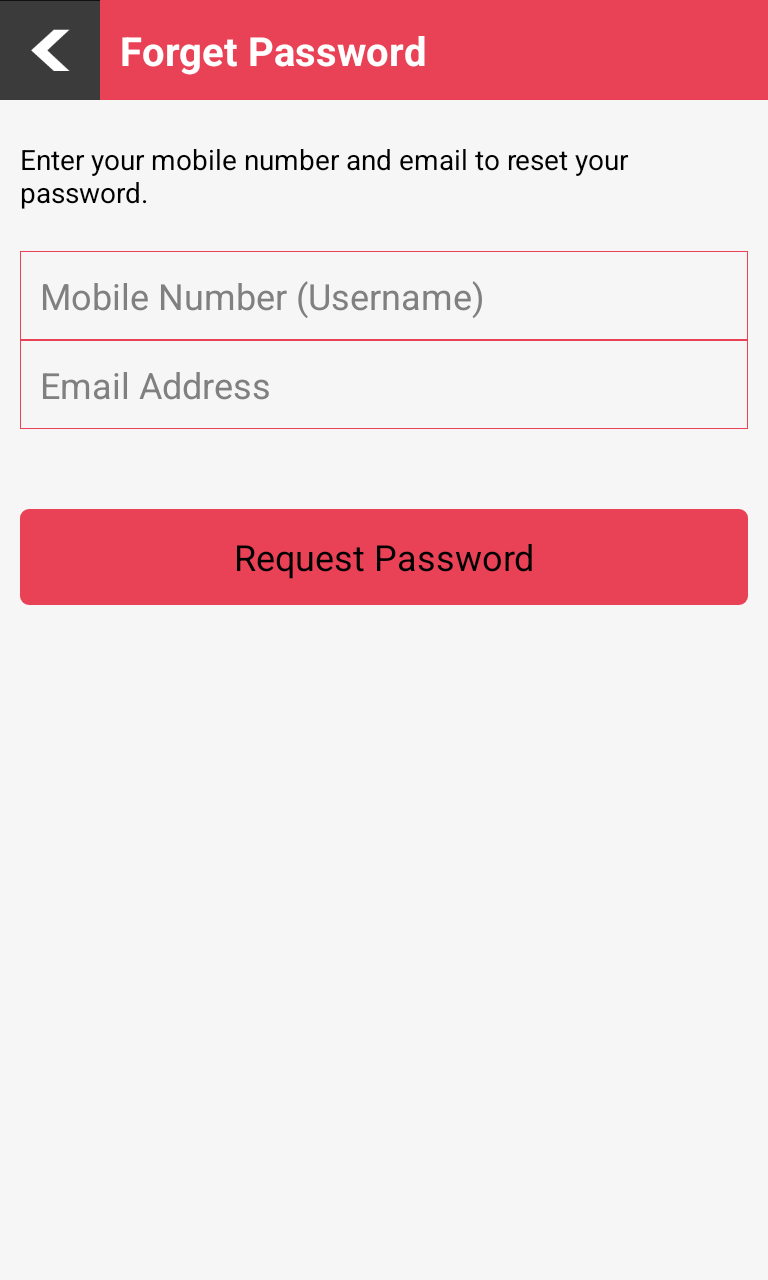
Repository: e0176881/volunteerapplication
Layout: VolunteerNow/res/layout/forgetpassword.xml
An editor plug-in stored every save of this project. The layout is shown before and after the next save, followed by the edit.
It is drawn on a 768 x 1280 px phone screen (xhdpi) without system bars, with theme AppTheme; the app's code is not run.

Above is the layout before, as saved 2014-09-24 06:43:54.

### VolunteerNow/res/layout/forgetpassword.xml
<?xml version="1.0" encoding="utf-8"?>
<RelativeLayout
xmlns:android="http://schemas.android.com/apk/res/android"
  android:layout_width="match_parent"
  android:layout_height="match_parent"
  android:fillViewport="true"
    android:background="#f5f6f5">

   <RelativeLayout
    android:id="@+id/top"
    android:layout_width="match_parent"
    android:layout_height="wrap_content"
    android:background="@drawable/homebar"

     >

    <ImageButton
                   android:id="@+id/imageButton1"
                   android:layout_width="50dp"
                   android:layout_height="50dp"
                   android:scaleType="fitXY"
                   android:src="@drawable/leftbutton"
                   android:background="#00FFFFFF" />
    <TextView
        android:layout_alignParentLeft="true"
        android:layout_width="wrap_content"
        android:layout_height="wrap_content"
        android:layout_centerInParent="true"
        android:layout_marginLeft="60dip"
        android:gravity="center"
        android:textColor="#FFFFFF"
        android:text="Forget Password"
        android:textStyle="bold"
        android:textSize="20dip"
        android:id="@+id/pagename"
        />



  </RelativeLayout>



<ScrollView
    android:layout_below="@+id/top"
  android:id="@+id/bottom"
  android:layout_width="fill_parent"
  android:layout_height="fill_parent"
  android:fillViewport="true">
  <RelativeLayout
        android:layout_width="fill_parent"
        android:layout_height="wrap_content"
          android:background="#f5f6f5">


        <!--  Header Ends -->
        <!-- Footer Start -->
        <LinearLayout android:id="@+id/footer"
            android:orientation="horizontal"
                android:layout_width="fill_parent"
                android:layout_height="90dip"
                android:layout_alignParentBottom="true">
        </LinearLayout>
        <!-- Footer Ends -->

        <!-- Login Form -->
        <LinearLayout
          android:orientation="vertical"
          android:layout_width="match_parent"
          android:layout_height="wrap_content"
          android:padding="10dip"
          >
          <!--  Email Label -->
          <TextView android:layout_width="fill_parent"
                android:layout_height="wrap_content"
                android:textColor="#000000"
                android:text="Enter your mobile number and email to reset your password."
                android:layout_marginTop="10dip"
                android:id="@+id/lbusername"/>
          <EditText android:layout_width="fill_parent"
              android:id="@+id/username"
                android:layout_height="wrap_content"
                android:layout_marginTop="20dip"
                android:singleLine="true"
                android:padding="10dip"
                 android:background="@drawable/backwithborder"
                 android:hint="Mobile Number (Username)"
                 android:textColor="#000000"/>
          <!--  Password Label -->

          <EditText android:layout_width="fill_parent"
               android:id="@+id/email"
                android:layout_height="wrap_content"
                android:singleLine="true"
                android:padding="10dip"
                 android:background="@drawable/backwithborder"
                 android:hint="Email Address"
                 android:textColor="#000000"
                />
          <!-- Login button -->
          <Button android:id="@+id/btnLogin"
                android:layout_width="fill_parent"
                android:layout_height="wrap_content"
                android:layout_marginTop="40dip"
                android:text="Request Password"
                android:background="@drawable/buttonstyle"/>

  <TextView
	android:id="@+id/tv"
    android:layout_width="fill_parent"
    android:layout_height="wrap_content"
    android:text=""
    />
        </LinearLayout>
        <!-- Login Form Ends -->



  </RelativeLayout>
</ScrollView>
</RelativeLayout>

### VolunteerNow/res/drawable/homebar.xml
<?xml version="1.0" encoding="utf-8"?>
<shape xmlns:android="http://schemas.android.com/apk/res/android">
    <gradient xmlns:android="http://schemas.android.com/apk/res/android" android:startColor="#e94256" android:endColor="#e94256" android:angle="90" android:bottom="450sp">
    </gradient>
</shape>

### VolunteerNow/res/drawable/backwithborder.xml
<shape xmlns:android="http://schemas.android.com/apk/res/android"
    android:shape="rectangle">
    <solid android:color="#00000000" />
    <stroke android:width="0.5dip" android:color="#e94256" />
</shape>

### VolunteerNow/res/drawable/buttonstyle.xml
<?xml version="1.0" encoding="utf-8"?>
<selector xmlns:android="http://schemas.android.com/apk/res/android">
    <item android:state_pressed="true" >
        <shape>
            <solid
                android:color="#e94256" />
            <stroke
                android:width="1dp"
                android:color="#e94256" />
            <corners
                android:radius="3dp" />
            <padding
                android:left="10dp"
                android:top="10dp"
                android:right="10dp"
                android:bottom="10dp" />
        </shape>
    </item>
    <item>
        <shape>
            <gradient
                android:startColor="#e94256"
                android:endColor="#e94256"
                android:angle="270" />
            <stroke
                android:width="1dp"
                android:color="#e94256" />
            <corners
                android:radius="4dp" />
            <padding
                android:left="10dp"
                android:top="10dp"
                android:right="10dp"
                android:bottom="10dp" />
        </shape>
    </item>
</selector>

Loaded but not shown: VolunteerNow/res/values/styles.xml (common file); VolunteerNow/res/values-v11/styles.xml (common file); VolunteerNow/res/values-v14/styles.xml (common file)

After the next save:
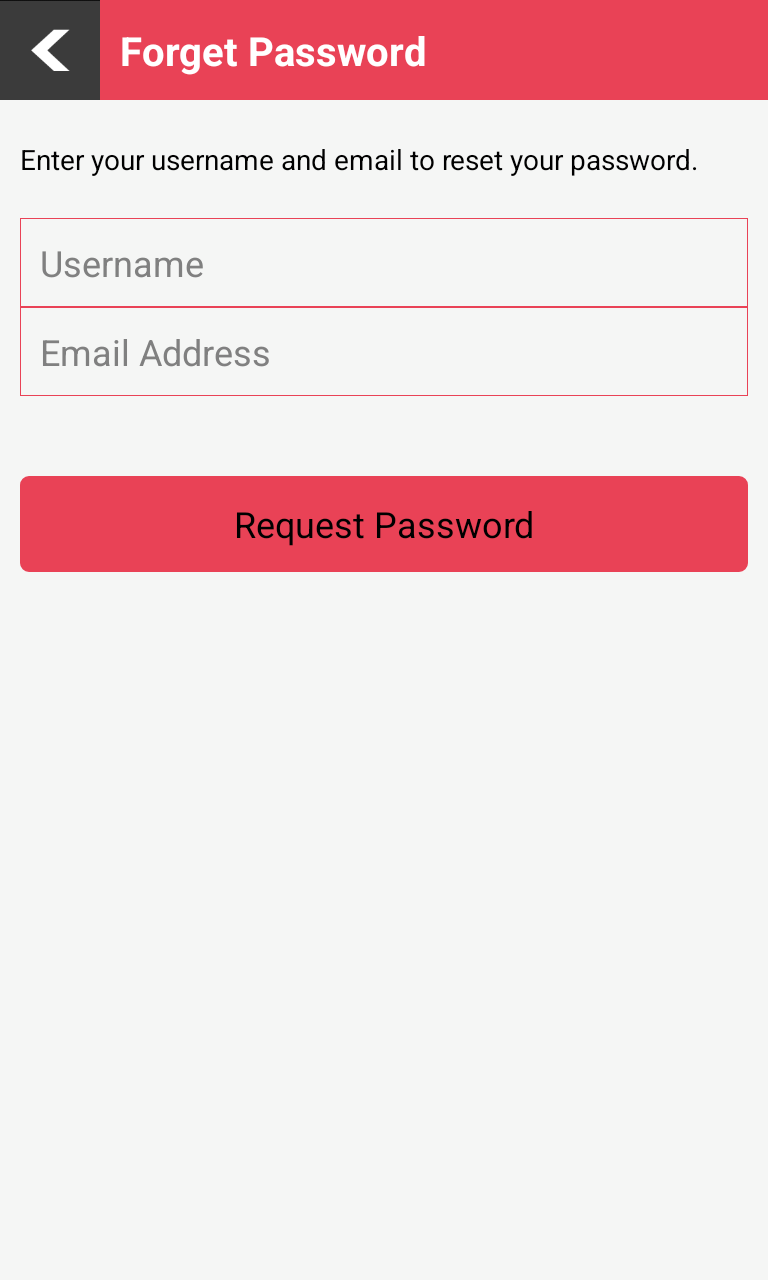
Saved 14 s later.
--- a/VolunteerNow/res/layout/forgetpassword.xml
+++ b/VolunteerNow/res/layout/forgetpassword.xml
@@ -74,7 +74,7 @@
           <TextView android:layout_width="fill_parent"
                 android:layout_height="wrap_content"
                 android:textColor="#000000"
-                android:text="Enter your mobile number and email to reset your password."
+                android:text="Enter your username and email to reset your password."
                 android:layout_marginTop="10dip"
                 android:id="@+id/lbusername"/>
           <EditText android:layout_width="fill_parent"
@@ -84,7 +84,7 @@
                 android:singleLine="true"
                 android:padding="10dip"
                  android:background="@drawable/backwithborder"
-                 android:hint="Mobile Number (Username)"
+                 android:hint="Username"
                  android:textColor="#000000"/>
           <!--  Password Label -->
 
